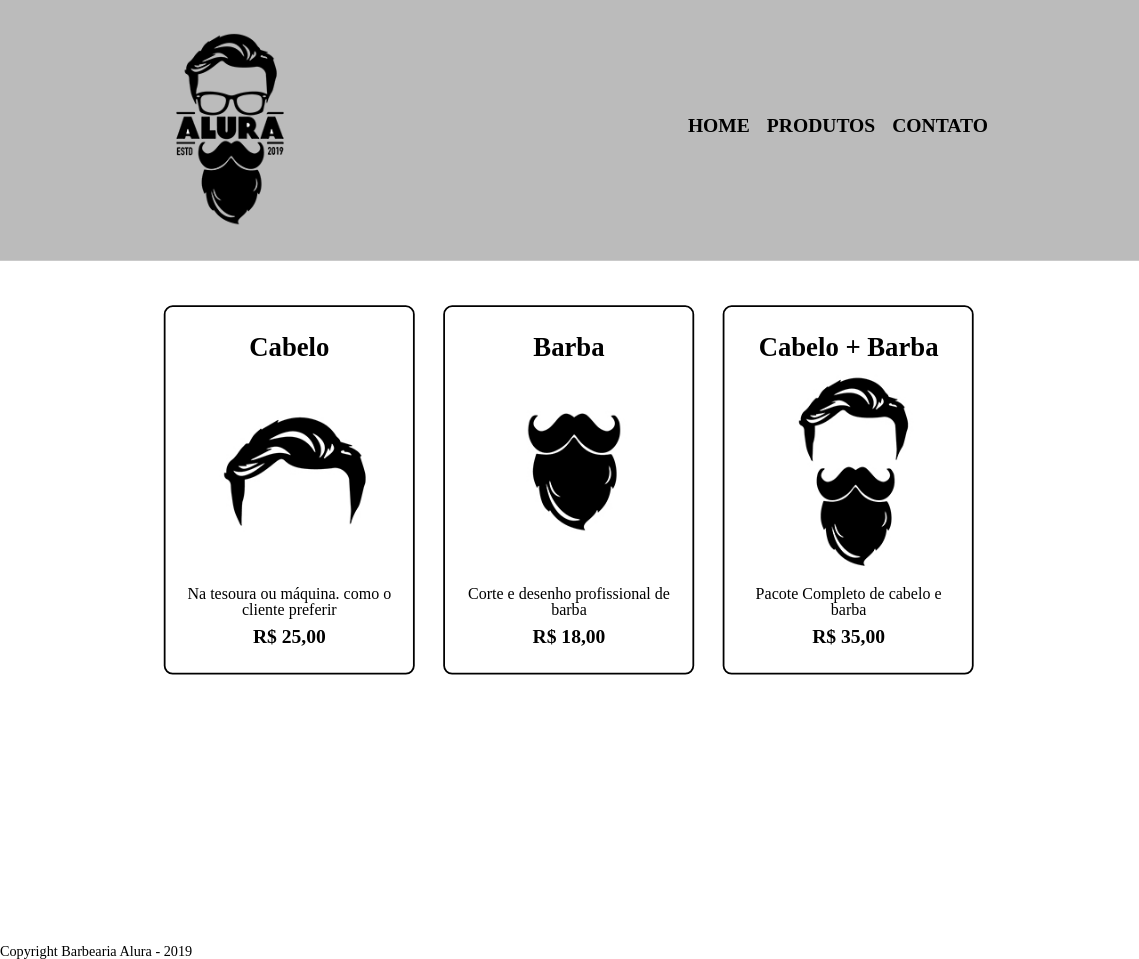
Repository: AnaBerlanda/AulaAlura
Page: produtos.html
The author's editor kept a copy of each file at every save. The page is drawn from the files as they stood at one save, then again after the next save.
The browser window is 1280 px wide. The pictures show the whole page, at 89% of full size.

Above is the page before, as saved 2022-04-18 15:16:12.

After the next save:
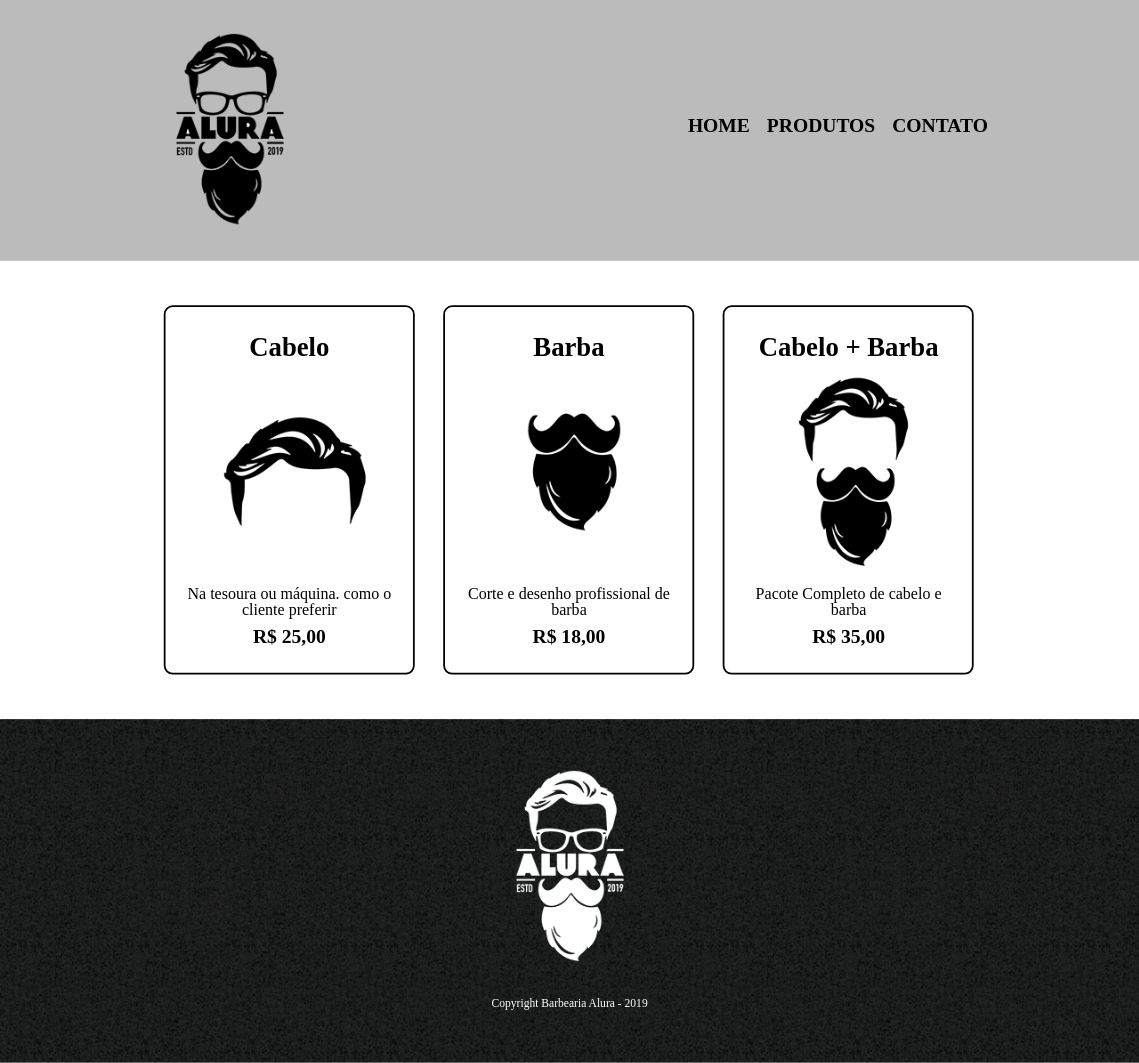
Saved 2 s later.
--- a/produtos.css
+++ b/produtos.css
@@ -64,3 +64,13 @@ nav a:hover{
 .produtos li:hover h2{
     font-size: 34px;
 }
+footer{
+    text-align: center;
+    background: url("bg.jpg");
+    padding: 40px 0;
+}
+.copy{
+    color: white;
+    font-size: 13px;
+    margin: 20px; 0;
+}
